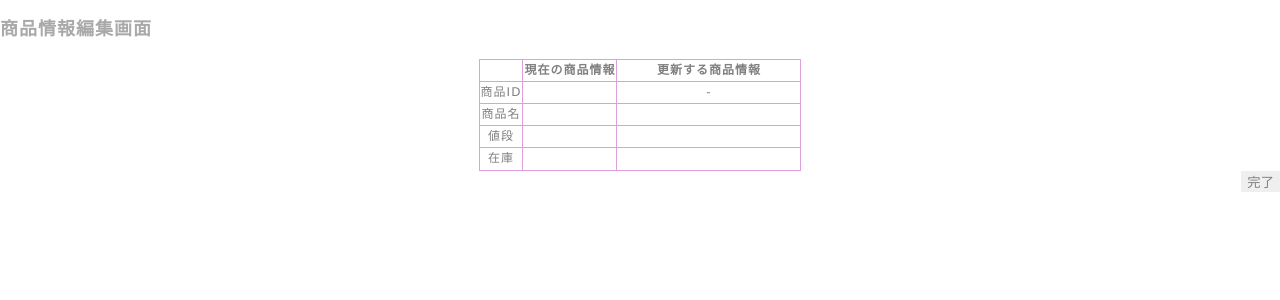
Repository: sachiyuki/java
Page: http://localhost/AdminLogin/itemedit.jsp
The author's editor kept a copy of each file at every save. The page is drawn from the files as they stood at one save, then again after the next save.
The browser window is 1280 px wide. The pictures show the whole page.
The page is served by Tomcat 9.

Above is the page before, as saved 2018-03-05 10:40:37.

After the next save:
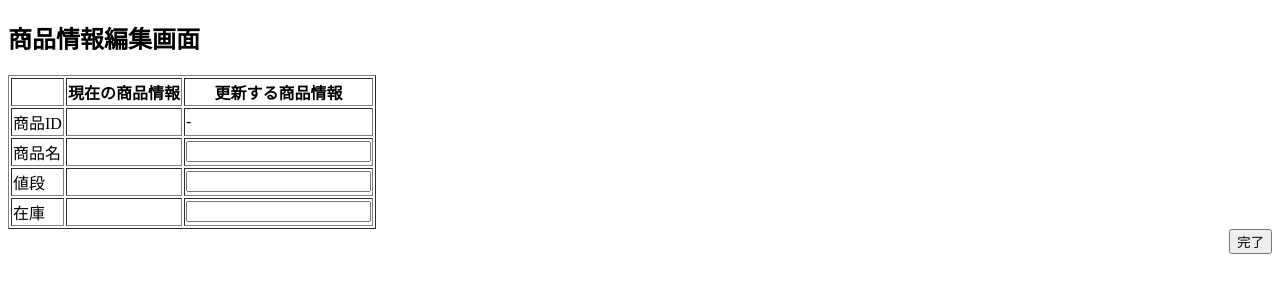
Saved 66 s later.
--- a/AdminLogin/WebContent/itemedit.jsp
+++ b/AdminLogin/WebContent/itemedit.jsp
@@ -6,37 +6,6 @@
 <head>
 <meta http-equiv="Content-Type" content="text/html; charset=UTF-8">
 <title>Insert title here</title>
-<style type="text/css">
-
-body{
-	margin: 0;
-	padding: 0;
-	line-height:1.6;
-	letter-spacing:1px;
-	font-family: Verdana, Helvetica, sans-serif;
-	font-size: 12px;
-	color: darkgray;
-	background:#fff;
-}
-
-table{
-	text-align:center;
-	margin: 0 auto;
-	border:0.5px solid plum;
-	border-collapse: collapse;
-}
-
-
-input, form{
-	border: 0.5px thistle;
-	color:gray;
-}
-
-hr{
- border:1px dashed plum;
-}
-
-</style>
 </head>
 <body>
 
